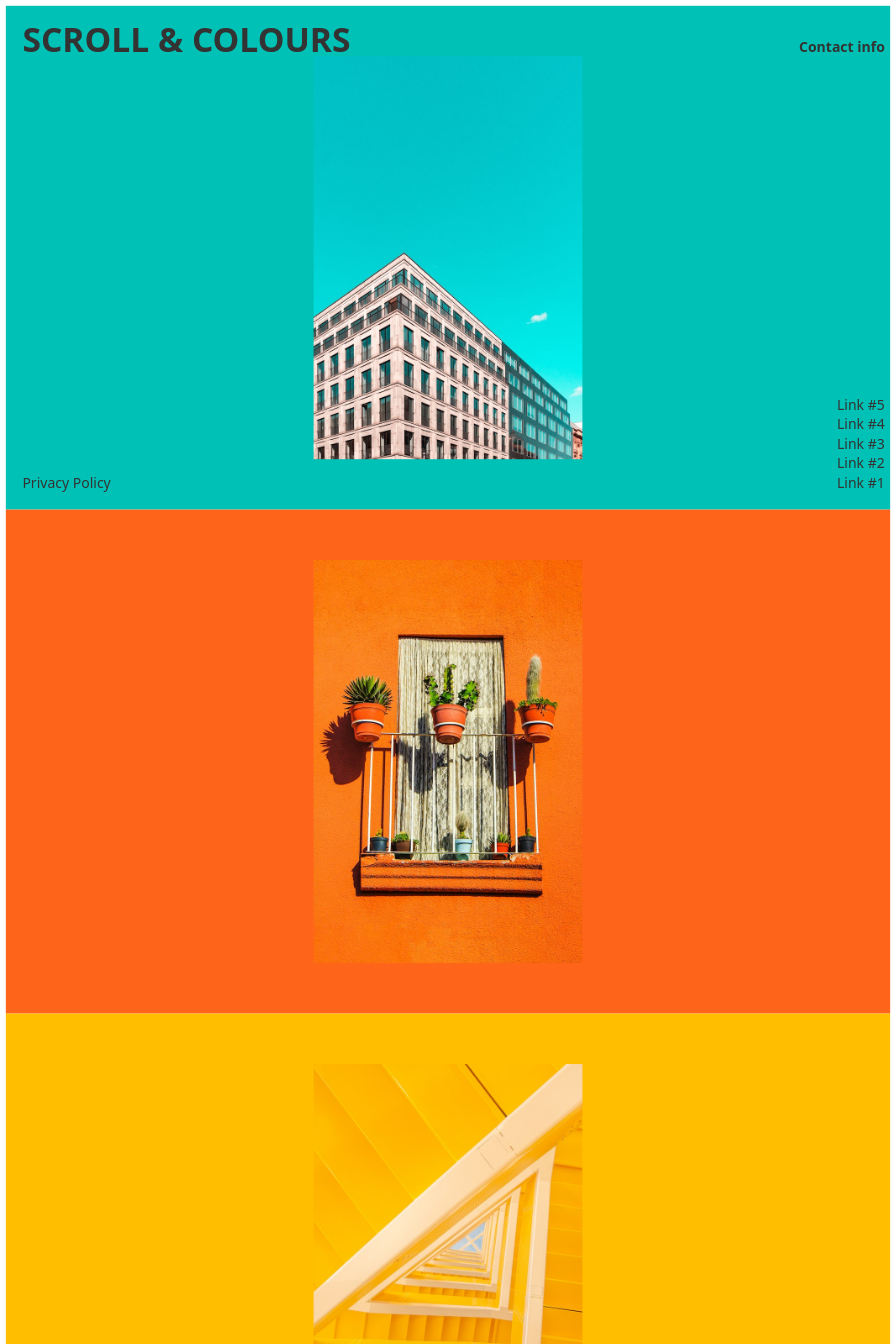
Repository: chelle-c/smooth-scroll-colours
Page: /
These files come from the project's save history. The page is drawn as it stood at one moment and after the next save; the edit follows.
The browser window is 1280 px wide. The pictures show the part of the page from y = 0 to 1920 px (the page is 3608 px tall), at 70% of full size.
The project was rebuilt for these pictures with package versions that can differ from the ones it lists, and the page was loaded fresh each time. Imported but missing from the stored project, and not drawn on this page: images.

Above is the page before, as saved 2022-09-19 19:13:10.

### src/App.svelte
<script>
	import '/images/';
	export let screenHeight = window.innerHeight;
</script>

<svelte:window />

<main class="min-w-full min-h-screen fixed flex flex-col justify-between p-6 z-10">
	<div class="flex flex-row justify-between items-baseline">
		<div>
			<h1 class="font-sans font-bold text-5xl uppercase">
				Scroll & Colours
			</h1>
		</div>
		<div class="font-sans font-bold text-xl">Contact info</div>
	</div>
	<div class="flex flex-row justify-between items-end">
		<div class="font-sans text-xl">Privacy Policy</div>
		<div class="font-sans text-xl">
			<ul>
				<li><a href="#section5">Link #5</a></li>
				<li><a href="#section4">Link #4</a></li>
				<li><a href="#section3">Link #3</a></li>
				<li><a href="#section2">Link #2</a></li>
				<li><a href="#section1">Link #1</a></li>
			</ul>
		</div>
	</div>
</main>
<div class="overflow-y-scroll min-w-full min-h-screen snap-y snap-mandatory">
	<section
		id="section5"
		class="min-w-full min-h-screen flex justify-center items-center snap-start"
	>
		<div class="container-sm flex">
			<img
				class="w-96"
				src="/images/image-turquoise.jpg"
				alt="White building against turqoise sky"
			/>
		</div>
	</section>

	<section
		id="section4"
		class="min-w-full min-h-screen flex justify-center items-center snap-start"
	>
		<div class="container-sm flex">
			<img
				class="w-96"
				src="/images/image-orange.jpg"
				alt="White building against turqoise sky"
			/>
		</div>
	</section>

	<section
		id="section3"
		class="min-w-full min-h-screen flex justify-center items-center snap-start"
	>
		<div class="container-sm flex">
			<img
				class="w-96"
				src="/images/image-yellow.jpg"
				alt="White building against turqoise sky"
			/>
		</div>
	</section>

	<section
		id="section2"
		class="min-w-full min-h-screen flex justify-center items-center snap-start"
	>
		<div class="container-sm flex">
			<img
				class="w-96"
				src="/images/image-blue.jpg"
				alt="White building against turqoise sky"
			/>
		</div>
	</section>

	<section
		id="section1"
		class="relative min-w-full min-h-screen flex justify-center items-center snap-start"
	>
		<div class="container-sm flex">
			<img
				class="w-96"
				src="/images/image-red.jpg"
				alt="White building against turqoise sky"
			/>
		</div>
	</section>
</div>

<style global lang="postcss">
	@tailwind base;
	@tailwind components;
	@tailwind utilities;

	:global(body) {
		padding: 0;
		overflow: hidden;
	}

	#section5 {
		background: #00c1b5;
	}

	#section4 {
		background: #ff651a;
	}

	#section3 {
		background: #ffbe00;
	}

	#section2 {
		background: #1d3fbb;
	}

	#section1 {
		background: #e30512;
	}
</style>

### tailwind.config.js
/** @type {import('tailwindcss').Config} */
const production = !process.env.ROLLUP_WATCH;
module.exports = {
	future: {
		purgeLayersByDefault: true,
		removeDeprecatedGapUtilities: true,
	},
	purge: {
		content: ['./src/**/*.svelte'],
		enabled: production, // disable purge in dev
	},
	content: [],
	theme: {
		extend: {},
	},
	plugins: [],
};

### public/global.css
html, body {
	position: relative;
	width: 100%;
	height: 100%;
}

body {
	color: #333;
	margin: 0;
	padding: 8px;
	box-sizing: border-box;
	font-family: -apple-system, BlinkMacSystemFont, "Segoe UI", Roboto, Oxygen-Sans, Ubuntu, Cantarell, "Helvetica Neue", sans-serif;
}

a {
	color: rgb(0,100,200);
	text-decoration: none;
}

a:hover {
	text-decoration: underline;
}

a:visited {
	color: rgb(0,80,160);
}

label {
	display: block;
}

input, button, select, textarea {
	font-family: inherit;
	font-size: inherit;
	-webkit-padding: 0.4em 0;
	padding: 0.4em;
	margin: 0 0 0.5em 0;
	box-sizing: border-box;
	border: 1px solid #ccc;
	border-radius: 2px;
}

input:disabled {
	color: #ccc;
}

button {
	color: #333;
	background-color: #f4f4f4;
	outline: none;
}

button:disabled {
	color: #999;
}

button:not(:disabled):active {
	background-color: #ddd;
}

button:focus {
	border-color: #666;
}

Loaded but not shown: public/index.html (common file); src/main.js (common file)

After the next save:
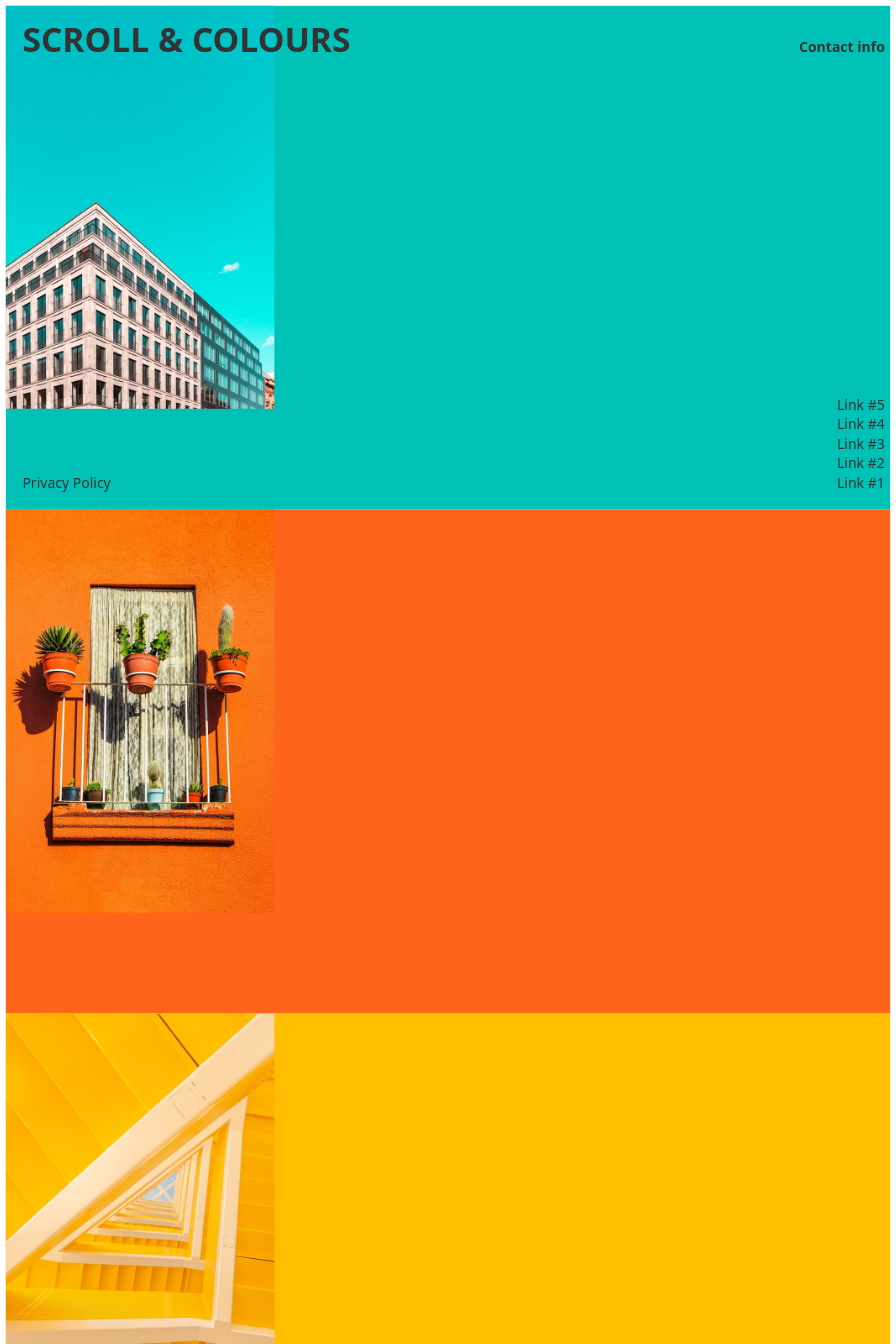
Saved 66 s later.
--- a/src/App.svelte
+++ b/src/App.svelte
@@ -30,7 +30,7 @@
 <div class="overflow-y-scroll min-w-full min-h-screen snap-y snap-mandatory">
 	<section
 		id="section5"
-		class="min-w-full min-h-screen flex justify-center items-center snap-start"
+		class="min-w-full min-h-screen snap-start"
 	>
 		<div class="container-sm flex">
 			<img
@@ -43,7 +43,7 @@
 
 	<section
 		id="section4"
-		class="min-w-full min-h-screen flex justify-center items-center snap-start"
+		class="min-w-full min-h-screen snap-start"
 	>
 		<div class="container-sm flex">
 			<img
@@ -56,7 +56,7 @@
 
 	<section
 		id="section3"
-		class="min-w-full min-h-screen flex justify-center items-center snap-start"
+		class="min-w-full min-h-screen snap-start"
 	>
 		<div class="container-sm flex">
 			<img
@@ -69,7 +69,7 @@
 
 	<section
 		id="section2"
-		class="min-w-full min-h-screen flex justify-center items-center snap-start"
+		class="min-w-full min-h-screen snap-start"
 	>
 		<div class="container-sm flex">
 			<img
@@ -82,7 +82,7 @@
 
 	<section
 		id="section1"
-		class="relative min-w-full min-h-screen flex justify-center items-center snap-start"
+		class="relative min-w-full min-h-screen snap-start"
 	>
 		<div class="container-sm flex">
 			<img
